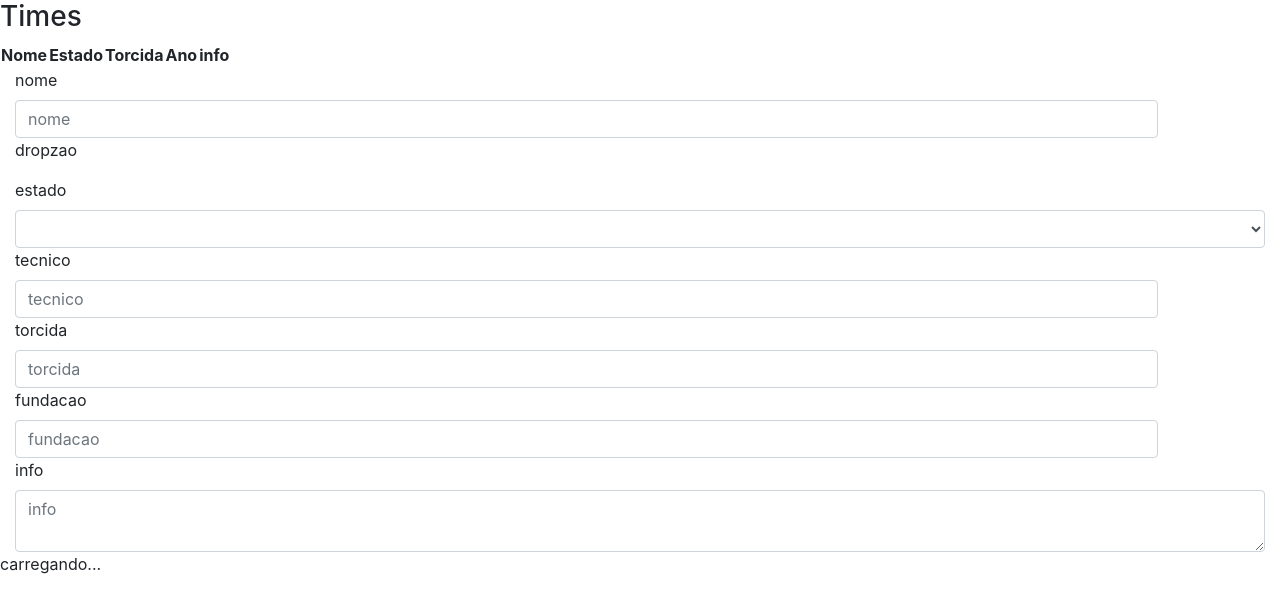
Repository: ecrseer/vuesheetpost
Page: /
An editor plug-in stored every save of this project. The page is shown before and after the next save, followed by the edit.
The browser window is 1280 px wide. The pictures show the whole page.
The page's requests for data from a server got no answer. The project was rebuilt for these pictures with package versions that can differ from the ones it lists, and the page was loaded fresh each time. No one was signed in, and anything a server would have sent is missing. Also part of the build but not shown: vite.config.js, vue.config.js, src/components/TabelaMarota.vue.

Above is the page before, as saved 2021-08-23 13:51:40.

After the next save:
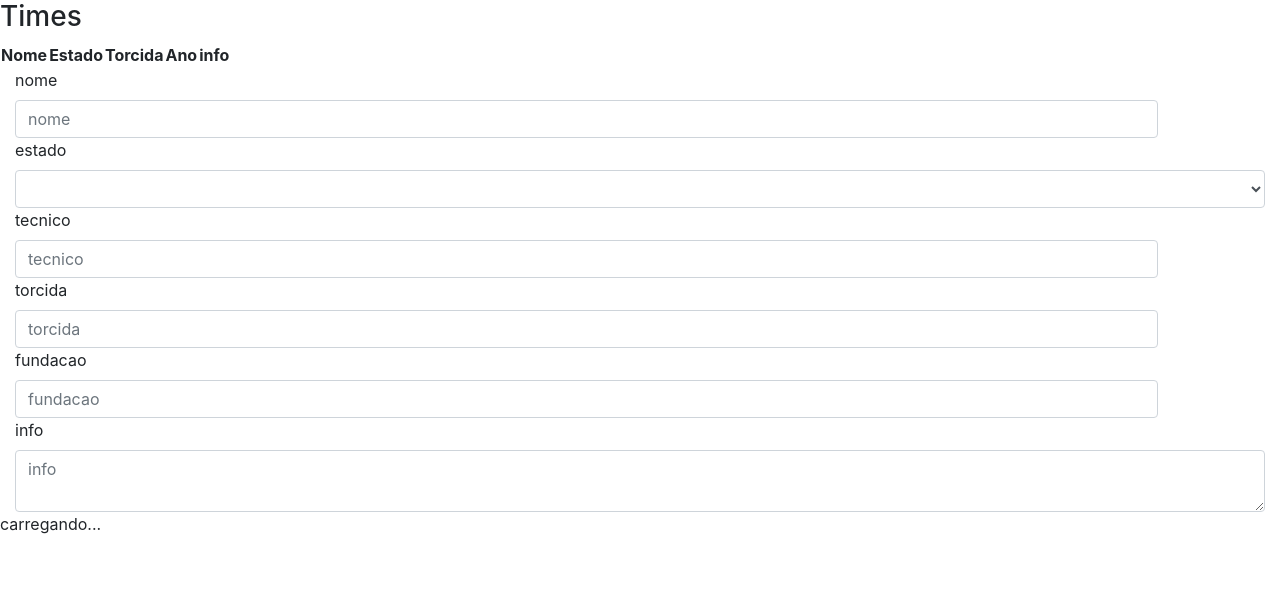
Saved 9 s later.
--- a/src/components/CampoDropDown.vue
+++ b/src/components/CampoDropDown.vue
@@ -1,6 +1,5 @@
 <template>
   <div class="col-12">
-    <p>dropzao</p>
     <label :for="nome" class="form-label">{{ nome }}</label>
     <select
       class="form-control"
